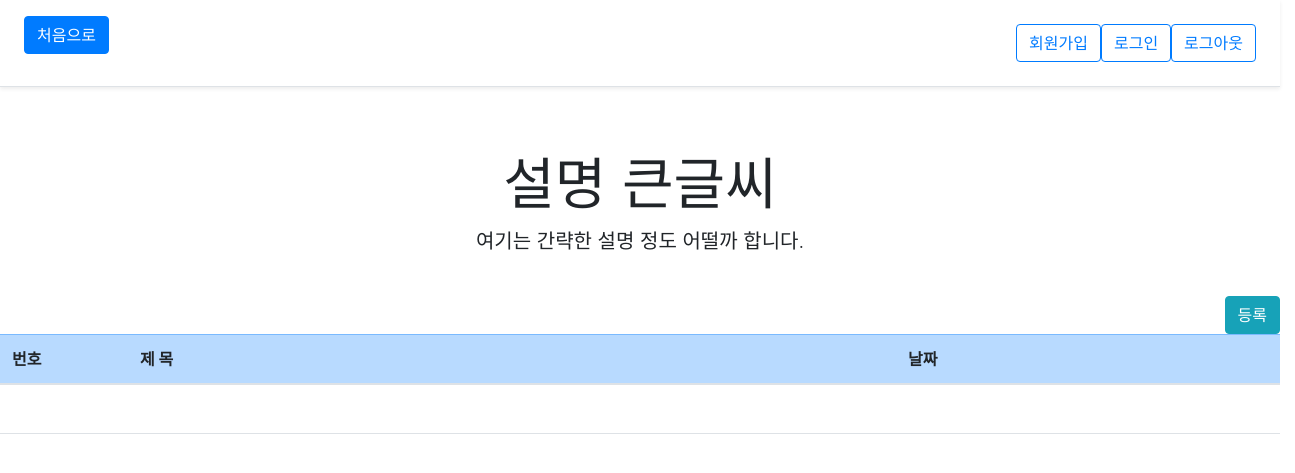
Repository: SettingRhino/innogleantmanager
Page: http://localhost/antmanager/WEB-INF/views/diary.jsp
These files come from the project's save history. The page is drawn as it stood at one moment and after the next save; the edit follows.
The browser window is 1280 px wide. The page is 1295 px wide, so the pictures cover 1295 px, including what lies to the right of the window. The pictures show the whole page.
The page is served by Tomcat 9. Nobody is signed in. The template is opened directly, without the code that normally fills it, so the values that code supplies are empty.

Above is the page before, as saved 2020-06-09 02:28:20.

After the next save:
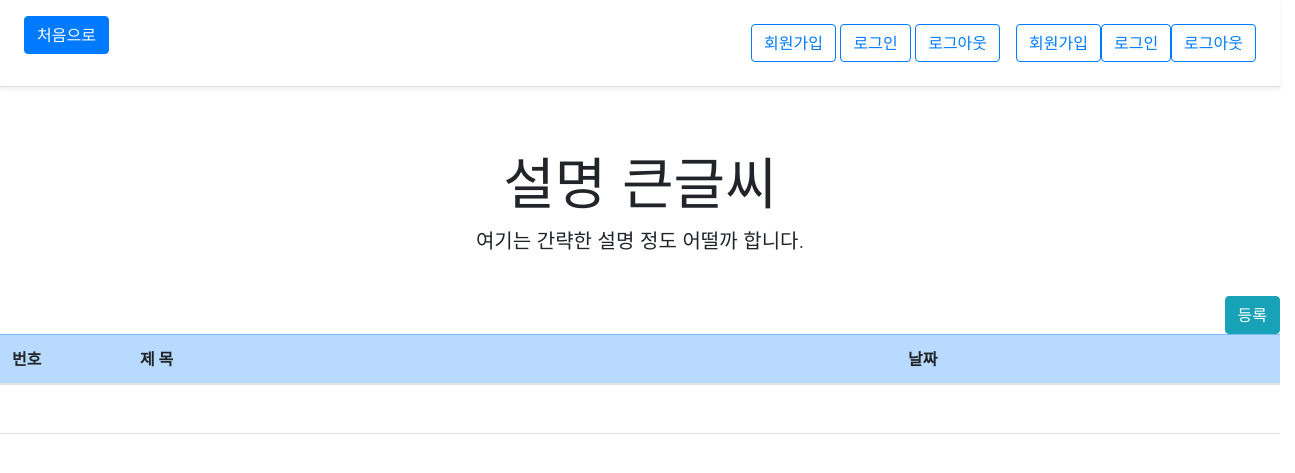
Saved 6 s later.
--- a/antmanager/src/main/webapp/WEB-INF/views/diary.jsp
+++ b/antmanager/src/main/webapp/WEB-INF/views/diary.jsp
@@ -51,7 +51,9 @@
 				<a href="<c:url value="/"/>" class="btn btn-primary" role="button">처음으로</a>
 			</p>
 		</h5>
-		<nav class="my-2 my-md-0 mr-md-3"></nav>
+		<nav class="my-2 my-md-0 mr-md-3"><a class="btn btn-outline-primary"href="<c:url value="/user/signup"/>">회원가입</a>
+		<a class="btn btn-outline-primary" href="<c:url value="/login"/>">로그인</a>
+		<a class="btn btn-outline-primary" href="<c:url value="/logout"/>">로그아웃</a></nav>
 
 		<a class="btn btn-outline-primary"href="<c:url value="/user/signup"/>">회원가입</a>
 		<a class="btn btn-outline-primary" href="<c:url value="/login"/>">로그인</a>

After the save that followed:
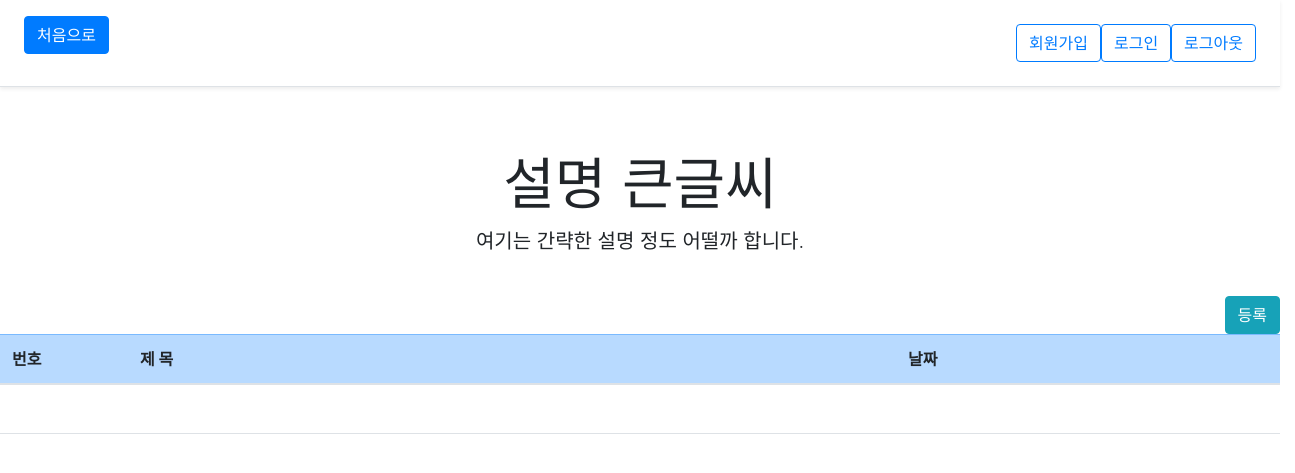
Saved 14 s later.
--- a/antmanager/src/main/webapp/WEB-INF/views/diary.jsp
+++ b/antmanager/src/main/webapp/WEB-INF/views/diary.jsp
@@ -51,9 +51,7 @@
 				<a href="<c:url value="/"/>" class="btn btn-primary" role="button">처음으로</a>
 			</p>
 		</h5>
-		<nav class="my-2 my-md-0 mr-md-3"><a class="btn btn-outline-primary"href="<c:url value="/user/signup"/>">회원가입</a>
-		<a class="btn btn-outline-primary" href="<c:url value="/login"/>">로그인</a>
-		<a class="btn btn-outline-primary" href="<c:url value="/logout"/>">로그아웃</a></nav>
+		<nav class="my-2 my-md-0 mr-md-3"></nav>
 
 		<a class="btn btn-outline-primary"href="<c:url value="/user/signup"/>">회원가입</a>
 		<a class="btn btn-outline-primary" href="<c:url value="/login"/>">로그인</a>
